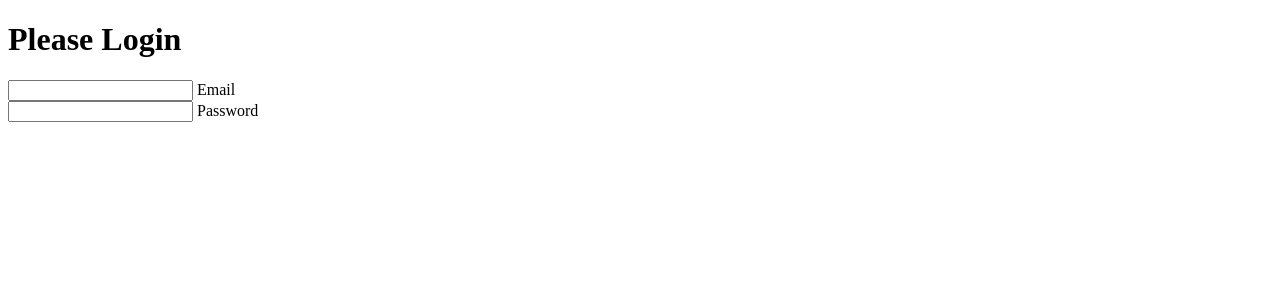
Repository: Berkan71/js-example-little-projects
Page: form-input-wave/index.html
The author's editor kept a copy of each file at every save. The page is drawn from the files as they stood at one save, then again after the next save.
The browser window is 1280 px wide. The pictures show the whole page.

Above is the page before, as saved 2022-07-27 21:16:43.

After the next save:
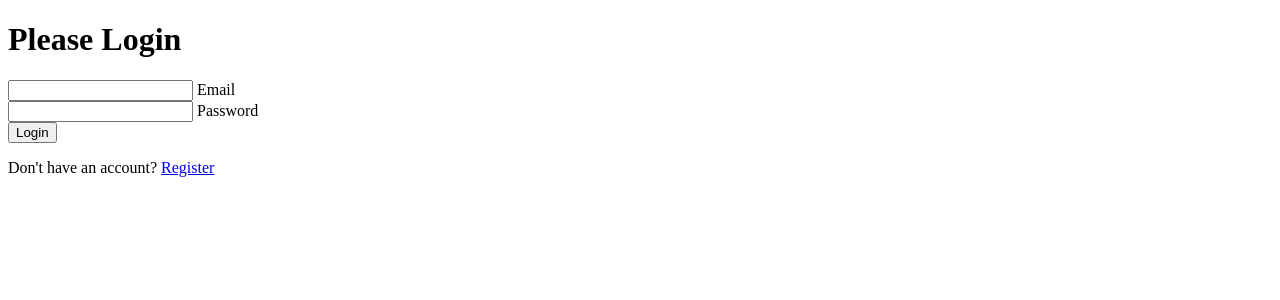
Saved 63 s later.
--- a/form-input-wave/index.html
+++ b/form-input-wave/index.html
@@ -20,6 +20,10 @@
                 <input type="password" required>
                 <label>Password</label>
             </div>
+
+            <button class="btn">Login</button>
+
+            <p class="text">Don't have an account? <a href="#">Register</a></p>
         </form>
     </div>
 
